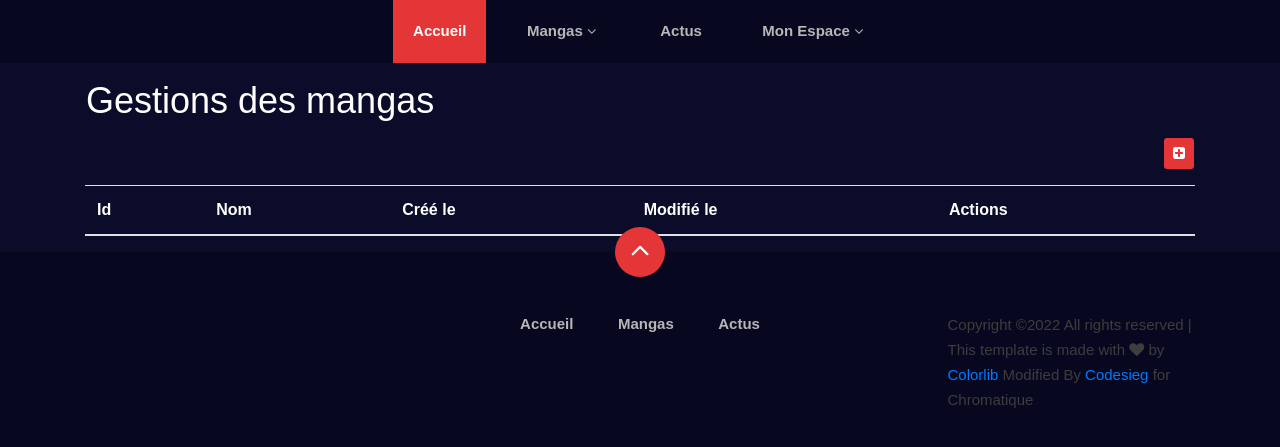
Repository: Codesieg/Chromatique
Page: chromatique/resources/views/admin/browse.blade.php
The author's editor kept a copy of each file at every save. The page is drawn from the files as they stood at one save, then again after the next save.
The browser window is 1280 px wide. The pictures show the whole page.
Some web fonts or font styles are not loaded; a fallback is used. The page is served by the project's Laravel application, run on PHP 8.4 with Laravel 8. Other server files are loaded and not shown. The template is opened directly, without the code that normally fills it, so the values that code supplies are empty.

Above is the page before, as saved 2022-04-03 16:56:50.

### chromatique/routes/web.php
<?php


use Illuminate\Support\Facades\Auth;
use Illuminate\Support\Facades\Route;
use App\Http\Controllers\PagesController;
use App\Http\Controllers\TomesController;
use App\Http\Controllers\MangasController;
use App\Http\Controllers\Auth\LoginController;
use App\Http\Controllers\Admin\AdminTomesController;
use App\Http\Controllers\Admin\AdminMangasController;


/*
|--------------------------------------------------------------------------
| Web Routes
|--------------------------------------------------------------------------
|
| Here is where you can register web routes for your application. These
| routes are loaded by the RouteServiceProvider within a group which
| contains the "web" middleware group. Now create something great!
|
*/
//-------------- Route front ----------------
// Route::get('/', [MangasController::class,'browse'])->name('browse_mangas');

Route::get(
    '/',
    [MangasController::class, 'browse']
)->name('browse_mangas');

Route::get(
    '/tome/browse/{id}',
    [TomesController::class,'browse']
)->name('browse_tomes');

Route::get(
    '/tome/page/{id}',
    [PagesController::class,'read']
)->name('browse_pages');

// Route::post(
//     '/logout',
//     [LoginController::class,'logout']
// )->name('user_logout');

//-------------- Route back-office manga ----------------

Route::get(
    '/admin',
    [AdminMangasController::class, 'browse']
)->name('admin_browse_mangas')->middleware('auth');

// Route affichant le formulaire d'ajout d'un manga
Route::get(
    '/admin/add/manga',
    [AdminMangasController::class, 'form']
)->name('admin_form_manga')->middleware('auth');

//  Route ajoutant le manga, au clique sur le formulaire
Route::post(
    '/admin/add/manga',
    [AdminMangasController::class, 'add']
)->name('admin_add_manga')->middleware('auth');

// Supprimer un manga
Route::delete(
    '/admin/delete/{id}',
    [AdminMangasController::class, 'delete']
)->name('admin_delete_manga')->middleware('auth');

//  Route qui vient scanner le dossier publique au clique sur le bouton scanner
Route::post(
    '/admin/insert',
    [AdminMangasController::class, 'insert']
)->name('admin_insert_manga')->middleware('auth');

// Permet d'afficher le forms de modification d'un manga
Route::get(
    '/admin/manga/edit/{id}',
    [AdminMangasController::class, 'form_edit']
)->name('admin_form_edit_manga')->middleware('auth');

// Permet d'enregistrer les modifications d'un manga
Route::post(
    '/admin/manga/edit/{id}',
    [AdminMangasController::class, 'edit']
)->name('admin_edit_manga')->middleware('auth');

//-------------- Route back-office tome ----------------

// On récupère l'id du manga sur cette route et on affiche le formulaire d'ajout d'un tome par rapport à ça franchise
Route::get(
    '/admin/add/tome/{id}',
    [AdminTomesController::class, 'form']
)->name('admin_form_tome')->middleware('auth');

// On ajoute un tome
Route::post(
    '/admin/add/tome',
    [AdminTomesController::class, 'add']
)->name('admin_add_tome')->middleware('auth');

// On liste tous les tomes de tous les mangas
Route::get(
    '/admin/tome/',
    [AdminTomesController::class, 'browse']
)->name('admin_browse_tomes')->middleware('auth');

// On liste tous les tomes d'un manga
Route::get(
    '/admin/tome/{id}',
    [AdminTomesController::class, 'read']
)->name('admin_read_tome')->middleware('auth');

// Permet de supprimer un tome
Route::delete(
    '/admin/delete/tome/{id}',
    [AdminTomesController::class, 'delete']
)->name('admin_delete_tome')->middleware('auth');

// Permet de modifier un tome
Route::get(
    '/admin/tome/edit/{id}',
    [AdminTomesController::class, 'edit']
)->name('admin_edit_tome')->middleware('auth');

// ---------------route d'authentification------------

Auth::routes();

### chromatique/app/Http/Controllers/Auth/ConfirmPasswordController.php
<?php

namespace App\Http\Controllers\Auth;

use App\Http\Controllers\Controller;
use App\Providers\RouteServiceProvider;
use Illuminate\Foundation\Auth\ConfirmsPasswords;

class ConfirmPasswordController extends Controller
{
    /*
    |--------------------------------------------------------------------------
    | Confirm Password Controller
    |--------------------------------------------------------------------------
    |
    | This controller is responsible for handling password confirmations and
    | uses a simple trait to include the behavior. You're free to explore
    | this trait and override any functions that require customization.
    |
    */

    use ConfirmsPasswords;

    /**
     * Where to redirect users when the intended url fails.
     *
     * @var string
     */
    protected $redirectTo = RouteServiceProvider::LOGIN;

    /**
     * Create a new controller instance.
     *
     * @return void
     */
    public function __construct()
    {
        $this->middleware('auth');
    }
}

### chromatique/resources/views/admin/browse.blade.php
@extends ('layout')

@section('contenu')

<div class="container">
    <h2 class="white m-3">Gestions des mangas</h2>
    <div class="d-flex justify-content-end mb-3 px-3">
        <button type="button" class="btn btn-orange btn-sm white"><a href="{{route('admin_form_manga')}}"><i class="fa fa-plus-square white"></i></a></button>
    </div>
    <div class="col-12">
        <table class="table">
            <thead>
            <tr>
                <th class="text-white">Id</th>
                <th class="text-white">Nom</th>
                <th class="text-white">Créé le</th>
                <th class="text-white">Modifié le</th>
                <th class="text-white">Actions</th>
            </tr>
            </thead>
            <tbody>
            @foreach ($listMangas as $manga)
            <tr>
                <td class="text-white">{{$manga->id}}</td>
                <td class="text-white">{{$manga->manga_name}}</td>
                <td class="text-white">{{$manga->created_at}}</td>
                <td class="text-white">{{$manga->update_at}}</td>
                <td class="btn-actions">
                    <div class="d-flex">
                        <button type="button" class="btn btn-success btn-sm">
                            <a class="text-decoration-none text-white"  href="{{route('admin_form_edit_manga', ['id' => $manga->id]) }}" data-toggle="tooltip" data-placement="bottom" title="Modifier le manga"><i class="fa fa-edit white"></i></a>
                        </button>

                        <button type="button" class="btn btn-success btn-sm mx-2">
                            <a class="text-decoration-none text-white" href="{{route('admin_read_tome', ['id' => $manga->id]) }}" data-toggle="tooltip" data-placement="bottom" title="Voir les tomes"><i class="fa fa-eye white"></i></a>
                        </button>
                            <form action="{{route('admin_delete_manga', ['id' => $manga->id])}}" method="post">
                                <button type="submit" class="btn-trash">
                                    <i class="fa fa-trash white"></i>
                                    <input type="hidden" name="_method" value="delete" />
                                    @csrf
                                </button>
                            </form>
                    </div>
                </td>
            </tr>
            @endforeach
            </tbody>
        </table>
    </div>
</div>
@endsection

### chromatique/resources/views/layout.blade.php
<!DOCTYPE html>
<html lang="french">

<head>
    <meta charset="UTF-8">
    <meta name="description" content="Chromatique team">
    <meta name="keywords" content="Manga, unica, creative, html">
    <meta name="viewport" content="width=device-width, initial-scale=1.0">
    <meta http-equiv="X-UA-Compatible" content="ie=edge">
    <title>Chromatique</title>

    <!-- Google Font -->
    <link href="https://fonts.googleapis.com/css2?family=Oswald:wght@300;400;500;600;700&display=swap" rel="stylesheet">
    <link href="https://fonts.googleapis.com/css2?family=Mulish:wght@300;400;500;600;700;800;900&display=swap"
    rel="stylesheet">

    <!-- Css Styles -->
    <link rel="stylesheet" href=<?= asset('assets/css/bootstrap.min.css') ?> type="text/css">
    <link rel="stylesheet" href=<?= asset('assets/css/font-awesome.min.css') ?> type="text/css">
    <link rel="stylesheet" href=<?= asset('assets/css/elegant-icons.css') ?> type="text/css">
    <link rel="stylesheet" href=<?= asset('assets/css/plyr.css') ?> type="text/css">
    <link rel="stylesheet" href=<?= asset('assets/css/nice-select.css') ?> type="text/css">
    <link rel="stylesheet" href=<?= asset('assets/css/owl.carousel.min.css') ?> type="text/css">
    <link rel="stylesheet" href=<?= asset('assets/css/slicknav.min.css') ?> type="text/css">
    <link rel="stylesheet" href=<?= asset('assets/css/style.css') ?> type="text/css">
</head>
<!-- Page Preloder -->
<div id="preloder">
    <div class="loader"></div>
</div>

    <!-- Header Section Begin -->
    <header class="header">
        <div class="container">
            <div class="row">
                <div class="col-lg-2">
                    <div class="header__logo">
                        <a href="{{route('browse_mangas')}}">
                            <img src="img/logo.png" alt="">
                        </a>
                    </div>
                </div>
                <div class="col-lg-8">
                    <div class="header__nav">
                        <nav class="header__menu mobile-menu">
                            <ul>
                                <li class="active"><a href="{{route('browse_mangas')}}">Accueil</a></li>
                                <li><a>Mangas<span class="arrow_carrot-down"></span></a>
                                    <ul class="dropdown">
                                        <li><a href="">Naruto</a></li>
                                        <li><a href="">Bleach</a></li>
                                        <li><a href="">Alice in Borderland</a></li>
                                        <li><a href="">One Piece</a></li>
                                        <li><a href="">Death Note</a></li>
                                        <li><a href="">Dragon Ball</a></li>
                                    </ul>
                                </li>
                                <li><a href="">Actus</a></li>
                                {{-- <li><a href="#">Contacts</a></li> --}}
                                {{-- <a href="#" class="search-switch"><span class="icon_search"></span></a> --}}
                                <li><a>Mon Espace<span class="arrow_carrot-down"></span></a>
                                    <ul class="dropdown">
                                        @if (!Auth::check())
                                        <li><a href="{{route('login')}}">Connexion</a></li>
                                            <li><a href="{{route('register')}}">Inscription</a></li>
                                        @else
                                        <li>
                                            <a href="{{ route('logout') }}"
                                            onclick="event.preventDefault();
                                                                document.getElementById('logout-form').submit();">
                                                {{ __('Deconnexion') }}
                                            </a>
                                            <form id="logout-form" action="{{ route('logout') }}" method="POST" style="display: none;">
                                                @csrf
                                            </form>
                                            @endif
                                        </li>

                                        @if (Auth::check())
                                        <li><a href="{{route('admin_browse_mangas')}}">Gestion Manga</a></li>
                                        <li><a href="{{route('admin_browse_tomes')}}">Gestion Tome</a></li>
                                        <li><a href="">Gestion des utilisateur</a></li>
                                        @endif
                                    </ul>
                                </li>
                            </ul>
                        </nav>
                    </div>
                </div>
            </div>
            <div id="mobile-menu-wrap"></div>
        </div>
    </header>
    <!-- Header End -->
<body>
    <!-- wrap -->
    @include('layouts/flash-message')
    <div class="wrapper">

    @yield('contenu')
    </div>


</body>
@include('layouts/footer')


<script src="https://cdn.jsdelivr.net/npm/bootstrap@5.0.0-beta3/dist/js/bootstrap.bundle.min.js" integrity="sha384-JEW9xMcG8R+pH31jmWH6WWP0WintQrMb4s7ZOdauHnUtxwoG2vI5DkLtS3qm9Ekf" crossorigin="anonymous"></script>
<!-- Js Plugins -->
<script src="<?= asset('assets/js/jquery-3.3.1.min.js') ?>"></script>
<script src="<?= asset('assets/js/bootstrap.min.js') ?>"></script>
<script src="<?= asset('assets/js/player.js') ?>"></script>
<script src="<?= asset('assets/js/jquery.nice-select.min.js') ?>"></script>
<script src="<?= asset('assets/js/mixitup.min.js') ?>"></script>
<script src="<?= asset('assets/js/jquery.slicknav.js') ?>"></script>
<script src="<?= asset('assets/js/owl.carousel.min.js') ?>"></script>
<script src="<?= asset('assets/js/main.js') ?>"></script>
</html>

### chromatique/resources/views/layouts/flash-message.blade.php
@if ($message = Session::get('success'))
<div class="alert alert-success alert-block ">
        <strong>{{ $message }}</strong>
</div>
@endif


@if ($message = Session::get('error'))
<div class="alert alert-danger alert-block ">
        <strong>{{ $message }}</strong>
</div>
@endif


@if ($message = Session::get('warning'))
<div class="alert alert-warning alert-block">
	<strong>{{ $message }}</strong>
</div>
@endif


@if ($message = Session::get('info'))
<div class="alert alert-info alert-block ">
	<strong>{{ $message }}</strong>
</div>
@endif


@if ($errors->any())
<div class="alert alert-danger ">
    Please check the form below for errors
</div>
@endif

### chromatique/resources/views/layouts/footer.blade.php
<!-- Footer Section Begin -->
<footer class="footer">
    <div class="page-up">
        <a href="#" id="scrollToTopButton"><span class="arrow_carrot-up"></span></a>
    </div>
    <div class="container">
        <div class="row">
            <div class="col-lg-3">
                <div class="footer__logo">
                    <a href="./index.html"><img src="" alt=""></a>
                </div>
            </div>
            <div class="col-lg-6">
                <div class="footer__nav">
                    <ul>
                        <li class="active"><a href="{{route('browse_mangas')}}">Accueil</a></li>
                        <li><a href="{{route('browse_mangas')}}">Mangas</a></li>
                        <li><a href="">Actus</a></li>
                    </ul>
                </div>
            </div>
            <div class="col-lg-3">
                <p><!-- Link back to Colorlib can't be removed. Template is licensed under CC BY 3.0. -->
                Copyright &copy;<script>document.write(new Date().getFullYear());</script> All rights reserved | This template is made with <i class="fa fa-heart" aria-hidden="true"></i> by <a href="https://colorlib.com" target="_blank">Colorlib</a>
                Modified By <a href="http://chromatique.codesieg.fr">Codesieg </a>for Chromatique
                <!-- Link back to Colorlib can't be removed. Template is licensed under CC BY 3.0. --></p>

            </div>
        </div>
    </div>
</footer>
<!-- Footer Section End -->

Loaded but not shown: chromatique/app/Providers/AppServiceProvider.php (common file); chromatique/app/Http/Controllers/Controller.php (common file); chromatique/public/assets/css/bootstrap.min.css (library); chromatique/public/assets/css/font-awesome.min.css (library); chromatique/public/assets/css/plyr.css (library); chromatique/public/assets/css/nice-select.css (common file); chromatique/public/assets/css/owl.carousel.min.css (library); chromatique/public/assets/css/slicknav.min.css (common file); chromatique/public/assets/js/jquery-3.3.1.min.js (library); chromatique/public/assets/js/bootstrap.min.js (library); chromatique/public/assets/js/player.js (library); chromatique/public/assets/js/jquery.nice-select.min.js (common file); chromatique/public/assets/js/mixitup.min.js (library); chromatique/public/assets/js/jquery.slicknav.js (library); chromatique/public/assets/js/owl.carousel.min.js (library); chromatique/public/assets/js/main.js (101 lines, source omitted); chromatique/public/assets/css/style.css (2407 lines, source omitted); chromatique/public/assets/css/elegant-icons.css (1157 lines, source omitted)

After the next save:
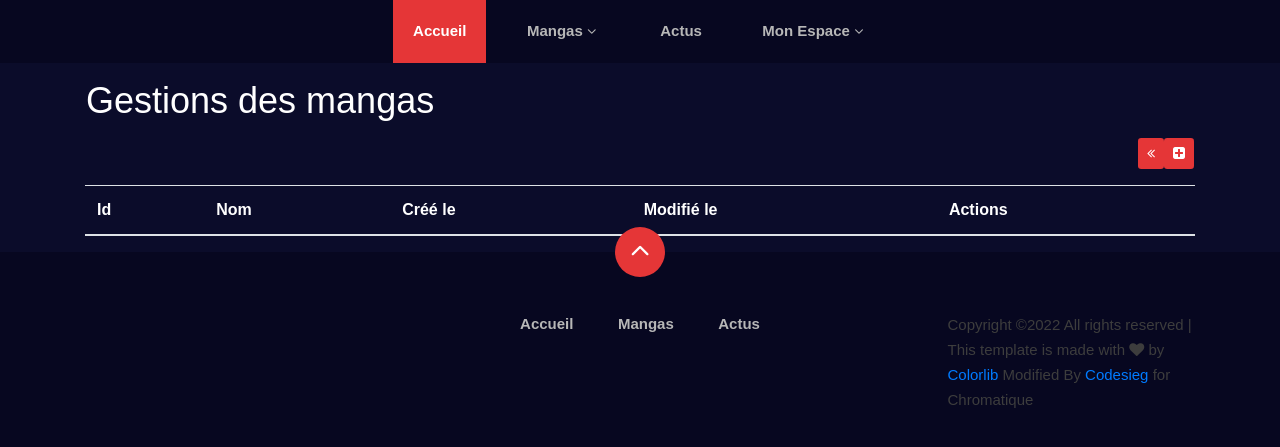
Saved 26 s later.
--- a/chromatique/resources/views/admin/browse.blade.php
+++ b/chromatique/resources/views/admin/browse.blade.php
@@ -5,6 +5,7 @@
 <div class="container">
     <h2 class="white m-3">Gestions des mangas</h2>
     <div class="d-flex justify-content-end mb-3 px-3">
+        <button type="button" class="btn btn-orange btn-sm white"><a href=""><i class="fa fa-angle-double-left white"></i></a></button>
         <button type="button" class="btn btn-orange btn-sm white"><a href="{{route('admin_form_manga')}}"><i class="fa fa-plus-square white"></i></a></button>
     </div>
     <div class="col-12">
